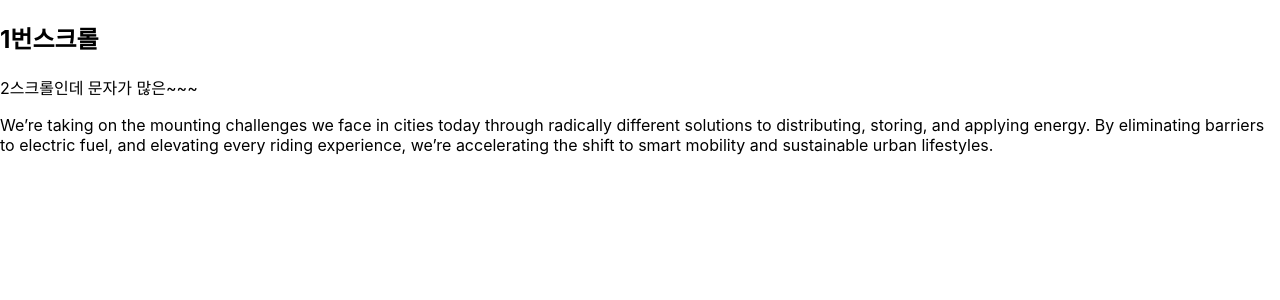
Repository: jiyeonyun/etc
Page: / (app in job/)
The author's editor kept a copy of each file at every save. The page is drawn from the files as they stood at one save, then again after the next save.
The browser window is 1280 px wide. The pictures show the whole page.
The project was rebuilt for these pictures with package versions that can differ from the ones it lists, and the page was loaded fresh each time. Also part of the build but not shown: job/src/components/info/info.module.css.

Above is the page before, as saved 2022-05-19 09:00:10.

### job/src/index.js
import React from 'react';
import ReactDOM from 'react-dom';
import './index.css';
import App from './app';
import reportWebVitals from './reportWebVitals';

ReactDOM.render(
  <React.StrictMode>
    <App />
  </React.StrictMode>,
  document.getElementById('root')
);
reportWebVitals();

### job/src/app.jsx
import styles from './app.module.css';
import Header from './components/header/header';
import Info from './components/info/info';

function App() {
  return (
    <div>
      <Header/>
      <Info/>
    </div>
  );
}

export default App;

### job/src/components/header/header.jsx
import React from 'react';
import styles from './header.module.css';
const Header = (props) => {
  return <header></header>;
};

export default Header;

### job/src/components/info/info.jsx
import React from 'react';
import styles from './info.module.css';
const Info = (props) => {
  return (
    <main>
      <section>
        <div className={styles.scrollContainer}>
          <div className={styles.stickyCopy}>
            <div className={styles.copyFirst}>
              <h1 className={styles.title}>1번스크롤</h1>
            </div>
            <div className={styles.copySecond}>
              <p className={styles.title}>2스크롤인데 문자가 많은~~~</p>
            </div>
          </div>
        </div>
        <div className={styles.scroll2}>
          <p>
            We’re taking on the mounting challenges we face in cities today through radically
            different solutions to distributing, storing, and applying energy. By eliminating
            barriers to electric fuel, and elevating every riding experience, we’re accelerating the
            shift to smart mobility and sustainable urban lifestyles.
          </p>
        </div>
      </section>
    </main>
  );
};

export default Info;

Loaded but not shown: job/public/index.html (common file); job/src/index.css (common file); job/src/reportWebVitals.js (common file); job/src/app.module.css (no stored copy; drawn as an empty file); job/src/components/header/header.module.css (no stored copy; drawn as an empty file)

After the next save:
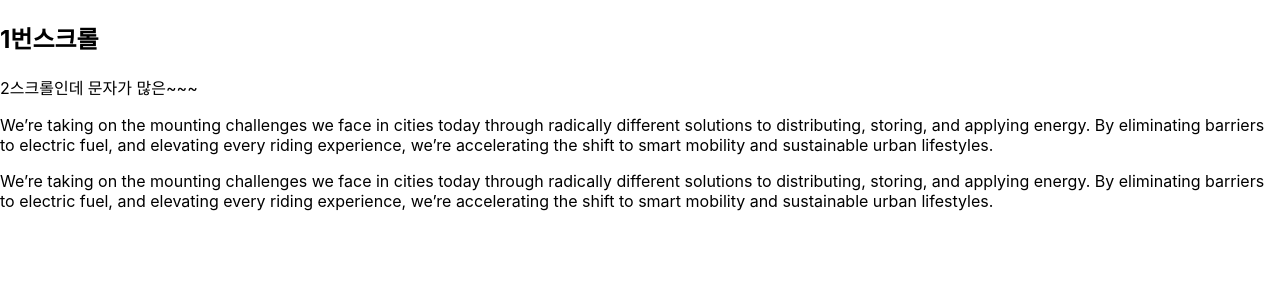
Saved 7 s later.
--- a/job/src/components/info/info.jsx
+++ b/job/src/components/info/info.jsx
@@ -21,6 +21,12 @@ const Info = (props) => {
             barriers to electric fuel, and elevating every riding experience, we’re accelerating the
             shift to smart mobility and sustainable urban lifestyles.
           </p>
+          <p>
+            We’re taking on the mounting challenges we face in cities today through radically
+            different solutions to distributing, storing, and applying energy. By eliminating
+            barriers to electric fuel, and elevating every riding experience, we’re accelerating the
+            shift to smart mobility and sustainable urban lifestyles.
+          </p>
         </div>
       </section>
     </main>
